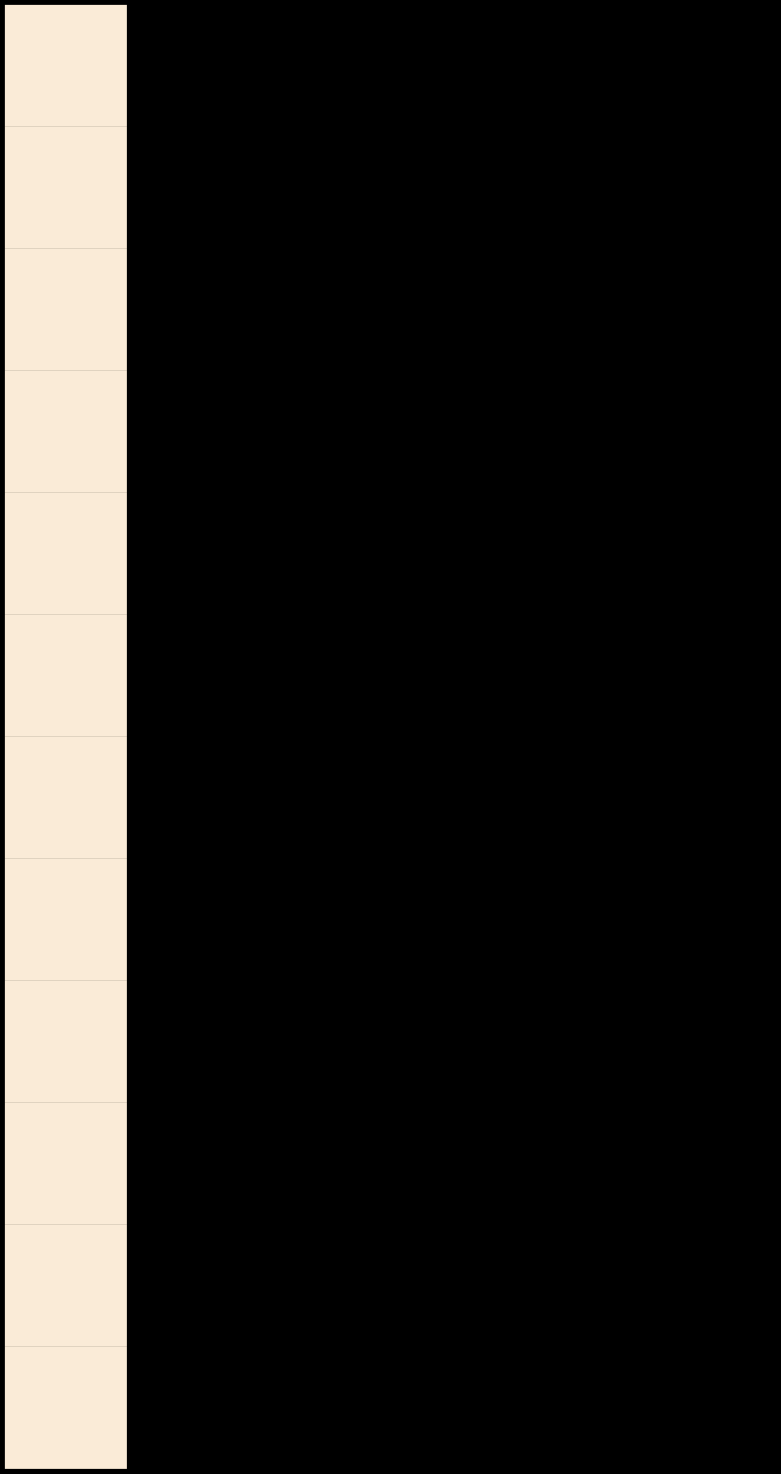
Repository: sephinejo/frontend-browser-101
Page: browser/xy.html
These files come from the project's save history. The page is drawn as it stood at one moment and after a run of saves; the edit follows.
The browser window is 1280 px wide. The pictures show the whole page, at 61% of full size.

Above is the page before, as saved 2023-05-10 14:28:54.

After the next 2 saves:
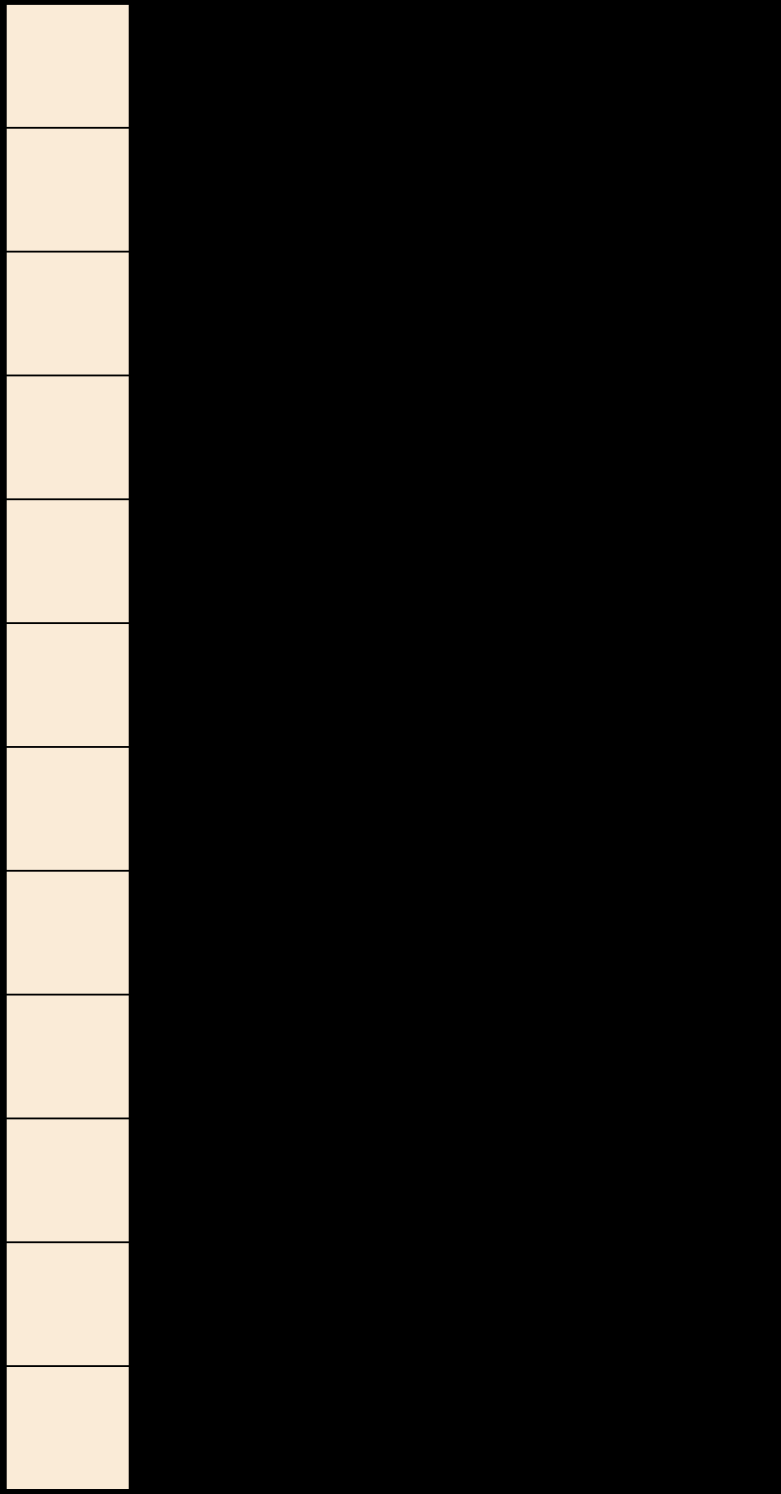
The 2 saves are shown as one change because they came seconds apart.
The last was saved 14 s later.
--- a/browser/xy.html
+++ b/browser/xy.html
@@ -12,6 +12,7 @@
       .box {
         width: 200px;
         height: 200px;
+        margin: 3px;
         background-color: antiquewhite;
       }
       .box .special {
